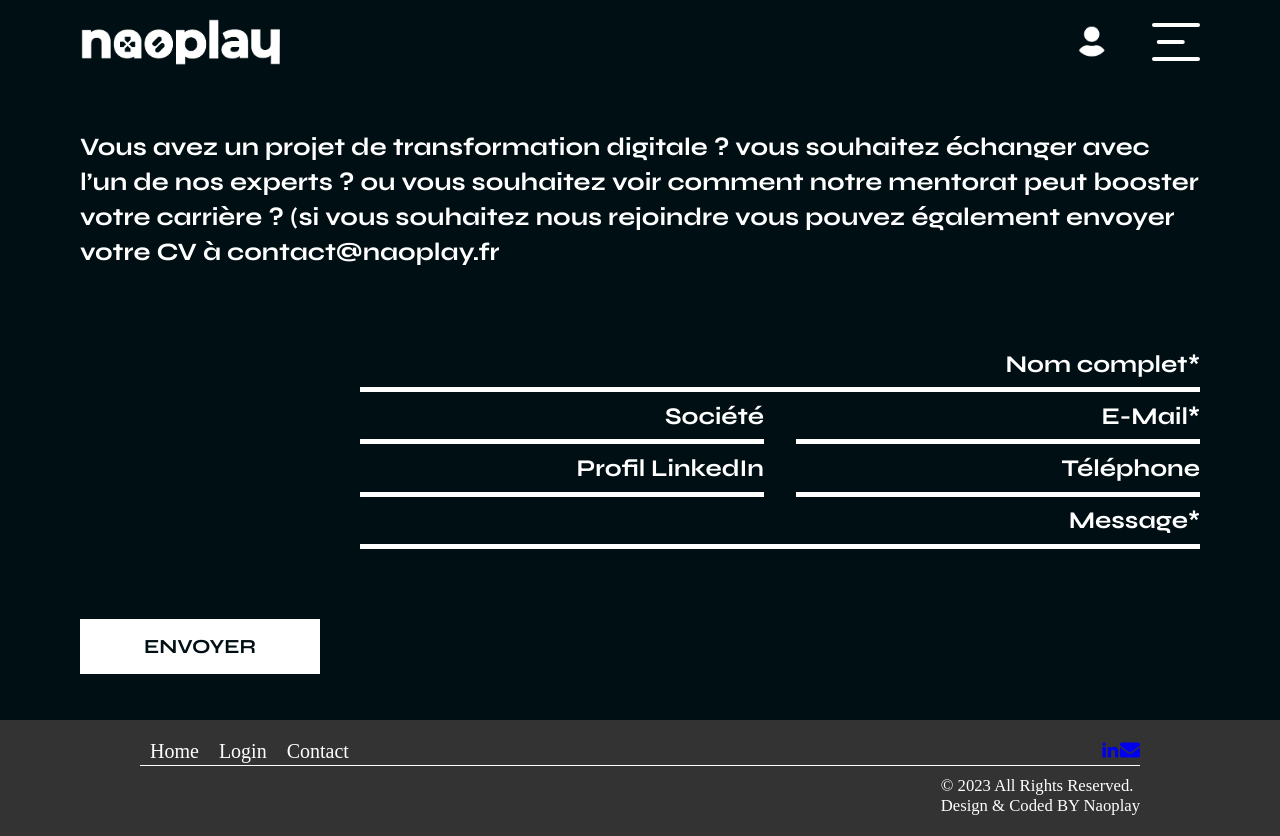
Repository: Hindsedrati/Naoplay
Page: /contact
An editor plug-in stored every save of this project. The page is shown before and after the next save, followed by the edit.
The browser window is 1280 px wide. The pictures show the whole page.
The project was rebuilt for these pictures with package versions that can differ from the ones it lists, and the page was loaded fresh each time. Also part of the build but not shown: src/Pages/Login/index.jsx, src/Components/Const/index.jsx, src/Components/Partners/index.jsx, src/Components/Naoplay/index.jsx, src/Components/Api/index.jsx, src/Components/Digitalisation/index.jsx, src/Components/Gateway/index.jsx, src/Components/ApiManagement/index.jsx and 6 more.

Above is the page before, as saved 2023-05-09 12:16:37.

After the next save:
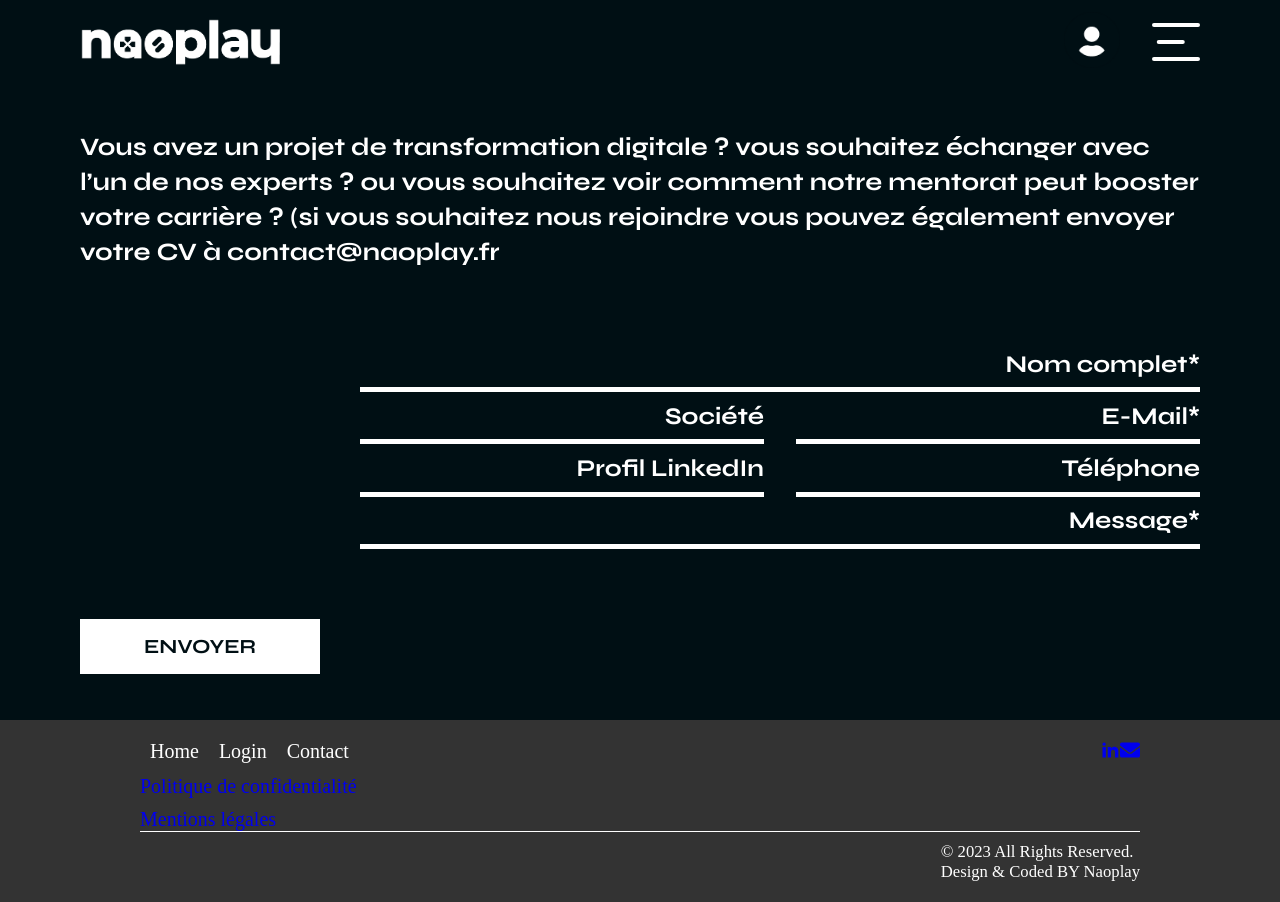
Saved 31 s later.
--- a/src/Layouts/Footer/Index.jsx
+++ b/src/Layouts/Footer/Index.jsx
@@ -26,11 +26,13 @@
     </div>
     </div>
     <div>
-        <div >
 
-        </div>
+        <a className='footer-mentions' href='/'>Politique de confidentialité</a>
+        <a className='footer-mentions'href='/'>Mentions légales</a>
+
 
     <div class="footer-bottom">
+
         <small>&copy; 2023 All Rights Reserved. </small>
         <small>Design & Coded BY Naoplay </small>
 
